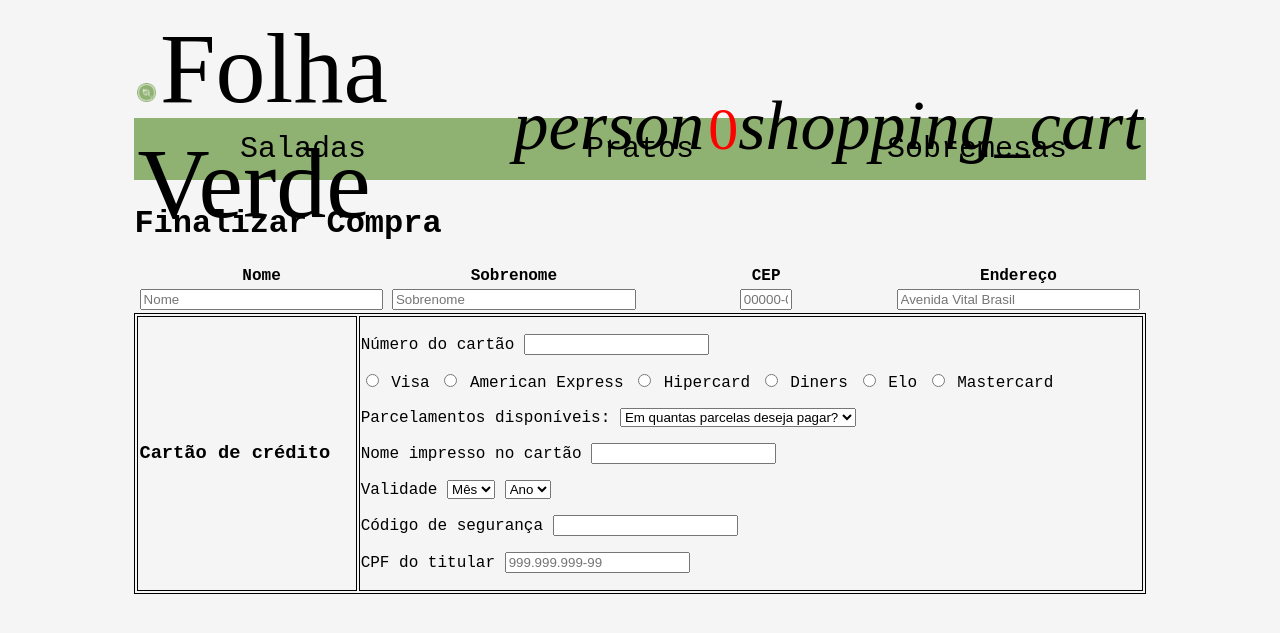
Repository: maaelphd/FolhaVerde
Page: http://localhost/FolhaVerde/Payment.jsp
The author's editor kept a copy of each file at every save. The page is drawn from the files as they stood at one save, then again after the next save.
The browser window is 1280 px wide. The pictures show the whole page.
Some web fonts or font styles are not loaded; a fallback is used. The page is served by Tomcat 9.

Above is the page before, as saved 2018-06-04 02:27:39.

After the next save:
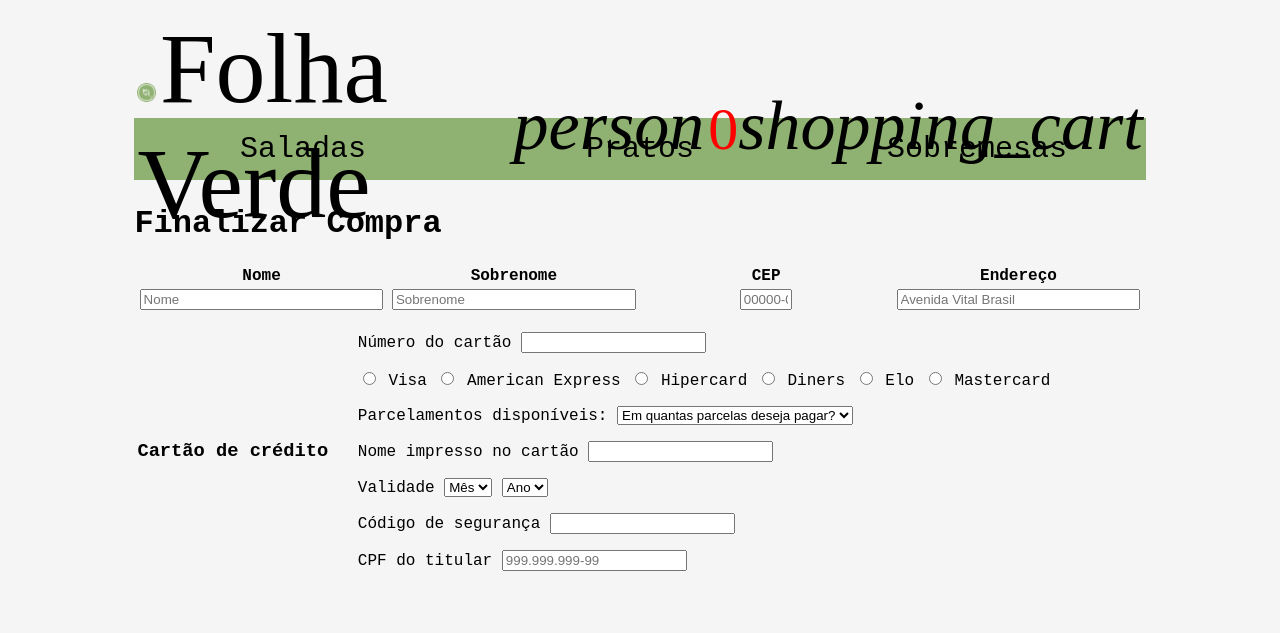
Saved 41 s later.
--- a/FolhaVerde/WebContent/CSS/Payment.css
+++ b/FolhaVerde/WebContent/CSS/Payment.css
@@ -38,11 +38,6 @@
 	width: 18%;
 }
 
-.PaymentsChoiceTable,
-.PaymentsChoiceTable td,
-.PaymentsChoiceTable tr {
-	border: 1px solid black;
-}
 
 .PaymentsChoiceTable td {
 	text-align: left;

After the save that followed:
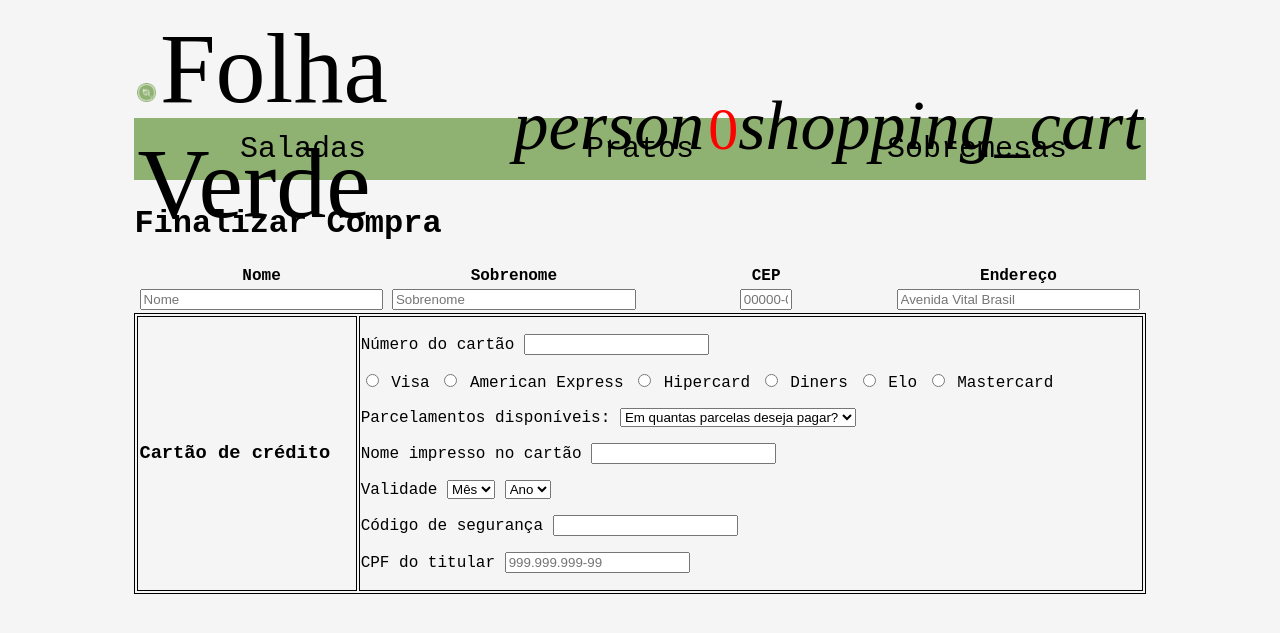
Saved 15 s later.
--- a/FolhaVerde/WebContent/CSS/Payment.css
+++ b/FolhaVerde/WebContent/CSS/Payment.css
@@ -38,6 +38,11 @@
 	width: 18%;
 }
 
+.PaymentsChoiceTable,
+.PaymentsChoiceTable td,
+.PaymentsChoiceTable tr {
+	border: 1px solid black;
+}
 
 .PaymentsChoiceTable td {
 	text-align: left;
